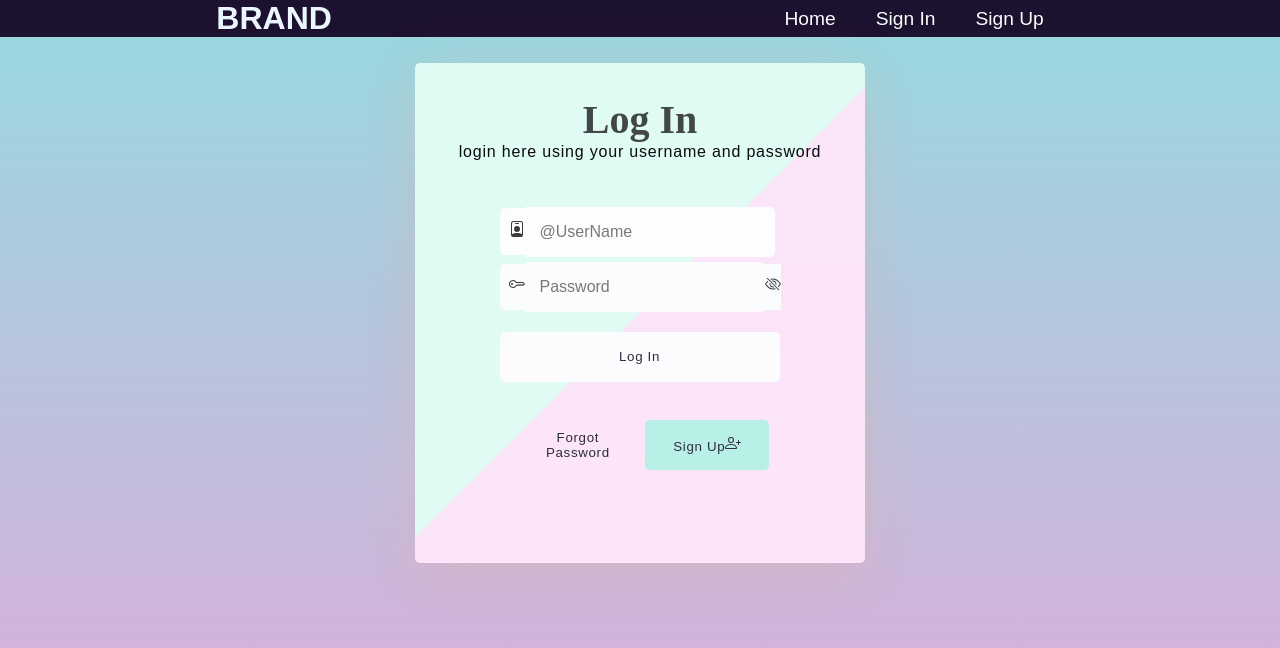
Repository: code-mtaani/ojwang-frontend
Page: /signup
These files come from the project's save history. The page is drawn as it stood at one moment and after the next save; the edit follows.
The browser window is 1280 px wide. The pictures show the whole page.
The project was rebuilt for these pictures with package versions that can differ from the ones it lists, and the page was loaded fresh each time. Also part of the build but not shown: vite.config.ts, src/Pages/HomePage/Home.pages.tsx, src/Pages/SignIn/SignIn.pages.tsx.

Above is the page before, as saved 2023-02-01 10:45:27.

After the next save:
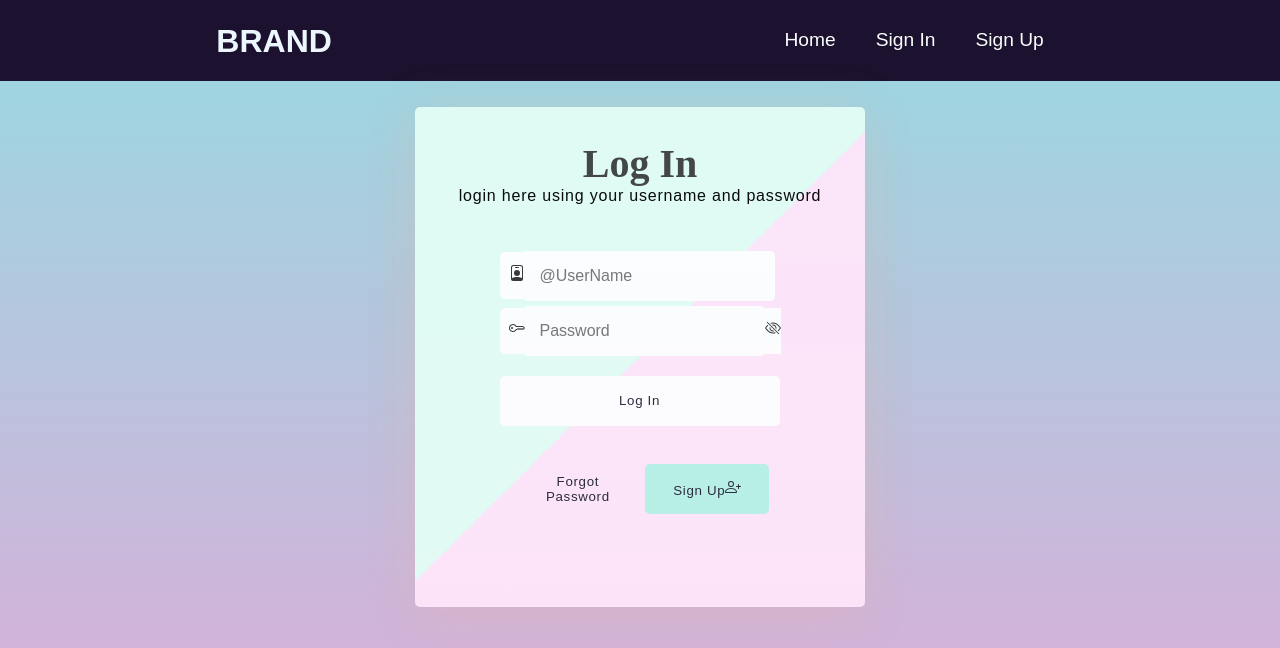
Saved 48 s later.
--- a/src/Components/Nav/nav.css
+++ b/src/Components/Nav/nav.css
@@ -3,7 +3,7 @@
     display: flex;
     justify-content: space-around;
     align-items: center;
-    /* line-height: 5rem; */
+    line-height: 5rem;
 }
 
 .left h1{

After the save that followed:
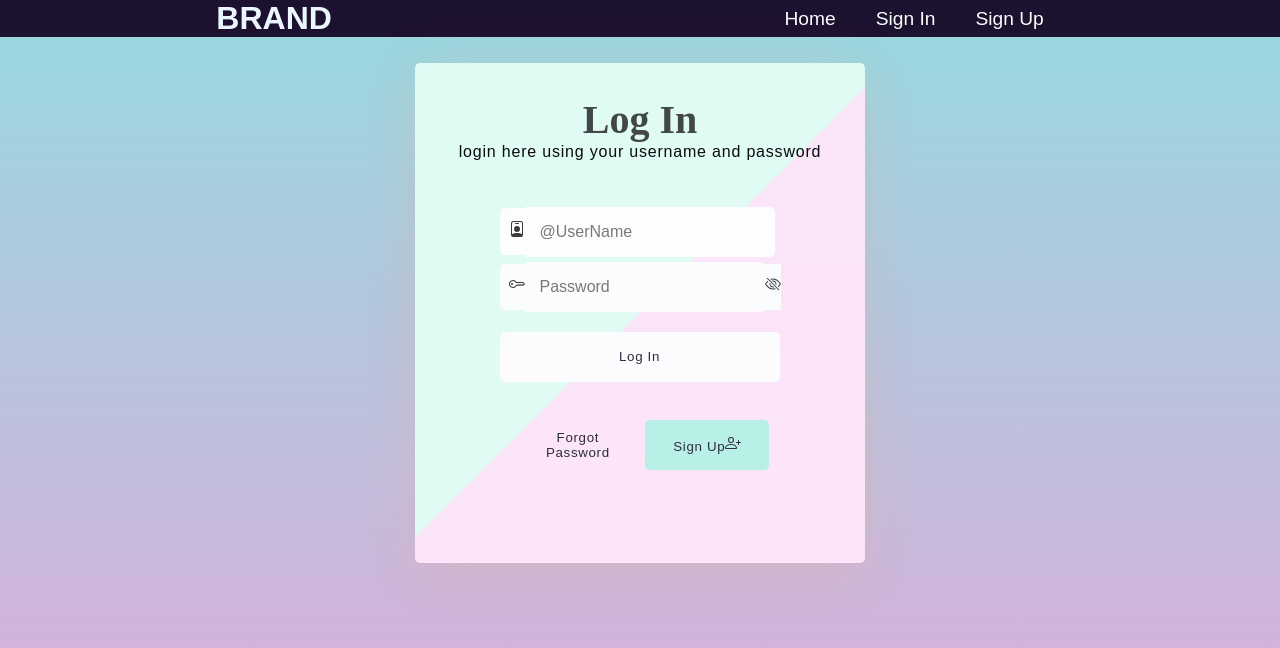
Saved 52 s later.
--- a/src/Components/Nav/nav.css
+++ b/src/Components/Nav/nav.css
@@ -3,7 +3,7 @@
     display: flex;
     justify-content: space-around;
     align-items: center;
-    line-height: 5rem;
+    /* line-height: 5rem; */
 }
 
 .left h1{
